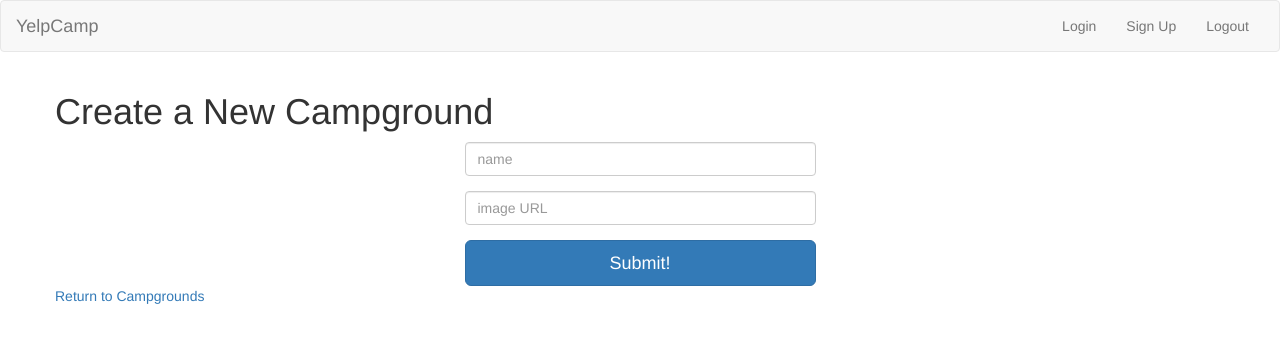
Repository: pdurkin/Web-Dev-Class
Page: http://localhost/campgrounds/new
The author's editor kept a record of every edit. The page is drawn from the files as they stood at one moment, then again after the next edit.
The browser window is 1280 px wide. The pictures show the whole page.
The page is served by the project's Node server (YelpCamp/v1/app.js).

Above is the page before.

After the next edit:
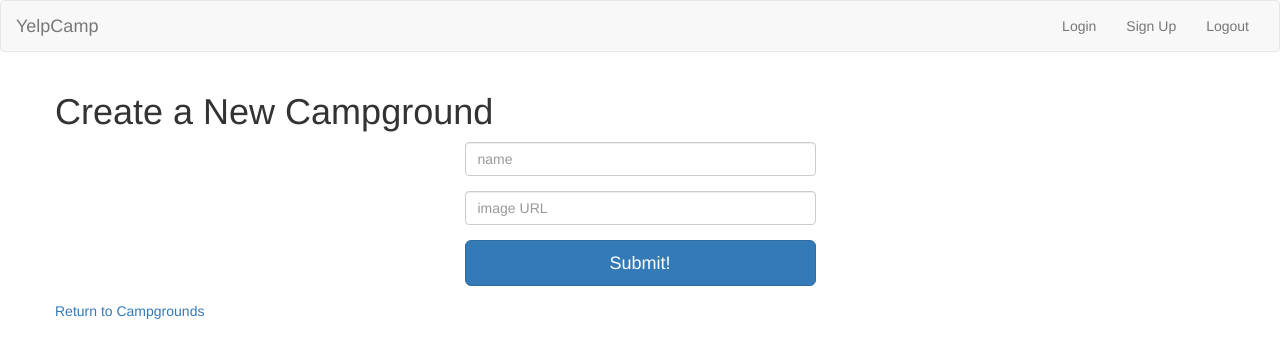
The edit:
--- a/Back End Lessons/YelpCamp/v1/views/new.ejs
+++ b/Back End Lessons/YelpCamp/v1/views/new.ejs
@@ -11,9 +11,11 @@
                 <div class="form-group">
                     <input class="form-control" type="text" name="image" placeholder="image URL">
                 </div>
-                <div class="form-group"></div>
-                <!-- Bootstrap classes -->
-                <button class="btn btn-default btn-lg btn-primary btn-block">Submit!</button>
+                <div class="form-group">
+                    <!-- Bootstrap classes -->
+                    <button class="btn btn-default btn-lg btn-primary btn-block">Submit!</button>
+                </div>
+
             </form>
 
         </div>
